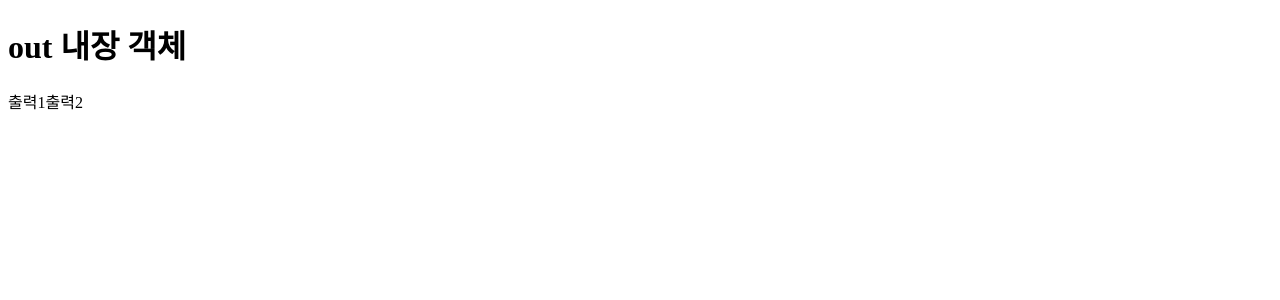
Repository: hwa3845/fullstackjava
Page: http://localhost/web02/ex10.jsp
The author's editor kept a copy of each file at every save. The page is drawn from the files as they stood at one save, then again after the next save.
The browser window is 1280 px wide. The pictures show the whole page.
The page is served by Tomcat 9.

Above is the page before, as saved 2025-04-15 05:42:48.

After the next save:
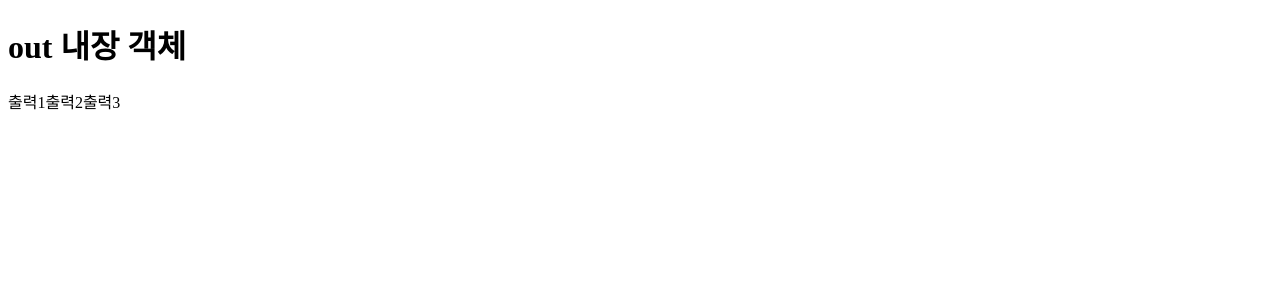
Saved 26 s later.
--- a/webWorkspace/web02/WebContent/ex10.jsp
+++ b/webWorkspace/web02/WebContent/ex10.jsp
@@ -11,6 +11,7 @@
 <%
 out.write("출력1".toCharArray());
 out.print("출력2");
+out.append("출력3");
 %>
 </body>
 </html>
